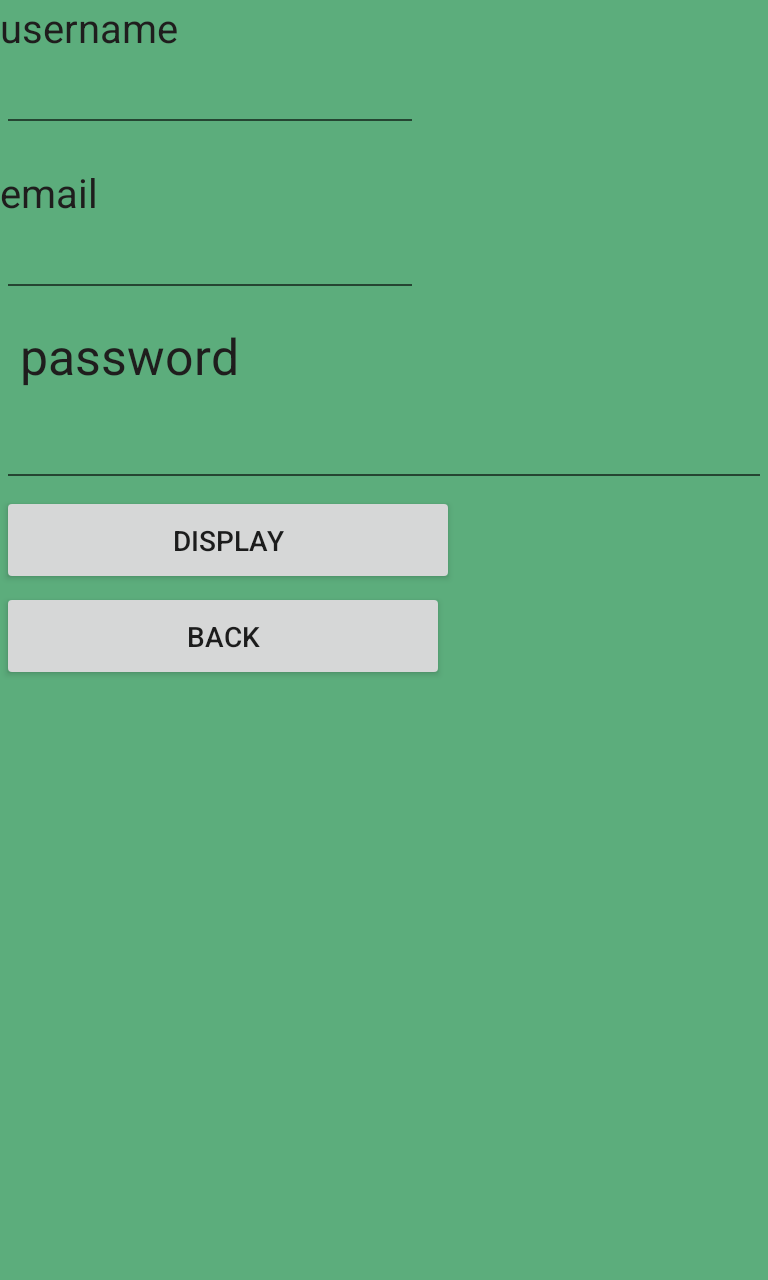
Repository: janemuthoni/icon
Layout: Exam/res/layout/login.xml
An editor plug-in stored every save of this project. The layout is shown before and after the next save, followed by the edit.
It is drawn on a 768 x 1280 px phone screen (xhdpi) without system bars, with theme AppTheme; the app's code is not run.

Above is the layout before, as saved 2014-08-07 08:29:35.

### Exam/res/layout/login.xml
<?xml version="1.0" encoding="utf-8"?>
<LinearLayout xmlns:android="http://schemas.android.com/apk/res/android"
    android:layout_width="match_parent"
    android:layout_height="match_parent"
    android:orientation="vertical"
    android:background="@color/cyan">
     <TextView
           android:id="@+id/username"
           android:layout_width="wrap_content"
           android:layout_height="wrap_content"
           android:text="@string/Username"
           android:textSize="20sp"
           android:textColor="@color/black" />

       <EditText
           android:id="@+id/editText2"
           android:layout_width="wrap_content"
           android:layout_height="wrap_content"
           android:ems="10"
           android:inputType="textPersonName" />

       <TextView
           android:id="@+id/email"
           android:text="@string/email"
           android:textColor="@color/black"
           android:layout_width="wrap_content"
           android:layout_height="wrap_content"
           android:layout_marginTop="14dp"
           android:textSize="20sp" />

       <EditText
           android:id="@+id/editText4"
           android:layout_width="wrap_content"
           android:layout_height="wrap_content"
           android:ems="10"
           android:inputType="textEmailAddress" />

   <TextView
     android:id="@+id/password"
     android:layout_width="wrap_content"
     android:layout_height="wrap_content"
     android:text="@string/password"
     android:textSize="25sp"
     android:textColor="@color/black"
     android:layout_margin="10dp"/>

      <EditText
     android:id="@+id/editText1"
     android:layout_width="match_parent"
     android:layout_height="wrap_content"
     android:ems="10"
     android:inputType="textPassword" />

      <Button
          android:id="@+id/buttondisplay"
          android:layout_width="228dp"
          android:layout_height="wrap_content"
          android:text="@string/btndisplay" />

      <Button
          android:id="@+id/buttonback"
          android:layout_width="223dp"
          android:layout_height="wrap_content"
          android:text="@string/buttonback" />

</LinearLayout>

### Exam/res/values/color.xml
<?xml version="1.0" encoding="utf-8"?>
<resources>
     <color name="grey">#A49F99</color>
      <color name="blue">#170674</color>
      <color name="green">#C81B1B</color>
      <color name="lightgreen">#7FDC33</color>
      <color name="darkgrey">#666D61</color>
      <color name="white">#FFFFFF</color>
      <color name="black">#1F1D1D</color>
      <color name="pink">#E1FBA2F7</color>
      <color name="lightgrey">#EBE0E3</color>
      <color name="cyan">#5CAD7C</color>
      <color name="greengrass">#08893C</color>
      <color name="yellow">#FDFF4F</color>
      <color name="violet">#7D0E2F</color>


</resources>

### Exam/res/values/strings.xml
<?xml version="1.0" encoding="utf-8"?>
<resources>

    <string name="app_name">Exam</string>
    <string name="hello_world">Hello world!</string>
    <string name="action_settings">Settings</string>
    <string name="firstname">firstname</string>
    <string name="email">email</string>
    <string name="idnumber">idnumber</string>
    <string name="password">password</string>
    <string name="Username">username</string>
    <string name="buttonregister">Register</string>
    <string name="buttonLogin">Login</string>
    <string name="buttonback">back</string>
    <string name="btndisplay">display</string>
    <string name="title_activity_register">RegisterActivity</string>
    <string name="title_activity_main">MainActivity</string>
    <string name="title_activity_welcome">WelcomeActivity</string>

</resources>

Loaded but not shown: Exam/res/values/styles.xml (common file); Exam/res/values-v11/styles.xml (common file); Exam/res/values-v14/styles.xml (common file)

After the next save:
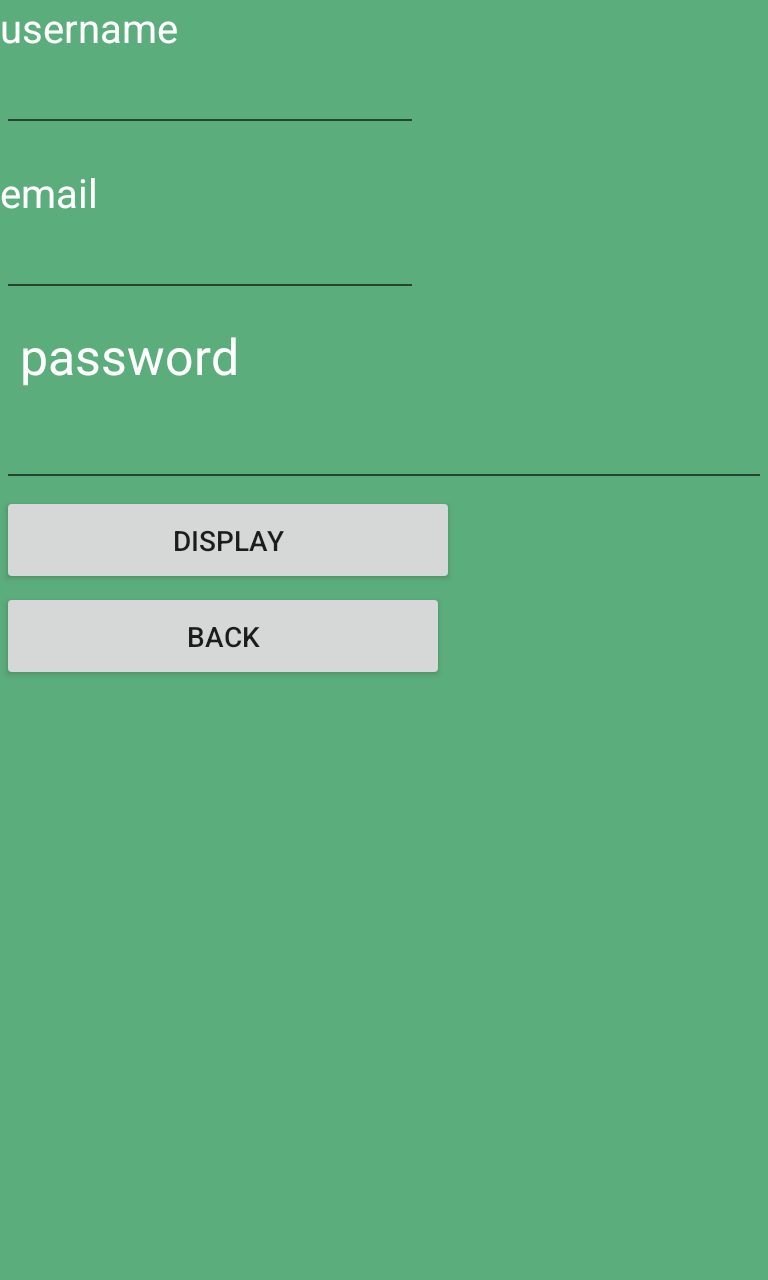
Saved 40 s later.
--- a/Exam/res/layout/login.xml
+++ b/Exam/res/layout/login.xml
@@ -10,7 +10,7 @@
            android:layout_height="wrap_content"
            android:text="@string/Username"
            android:textSize="20sp"
-           android:textColor="@color/black" />
+           android:textColor="@color/white" />
 
        <EditText
            android:id="@+id/editText2"
@@ -22,7 +22,7 @@
        <TextView
            android:id="@+id/email"
            android:text="@string/email"
-           android:textColor="@color/black"
+           android:textColor="@color/white"
            android:layout_width="wrap_content"
            android:layout_height="wrap_content"
            android:layout_marginTop="14dp"
@@ -41,7 +41,7 @@
      android:layout_height="wrap_content"
      android:text="@string/password"
      android:textSize="25sp"
-     android:textColor="@color/black"
+     android:textColor="@color/white"
      android:layout_margin="10dp"/>
 
       <EditText
